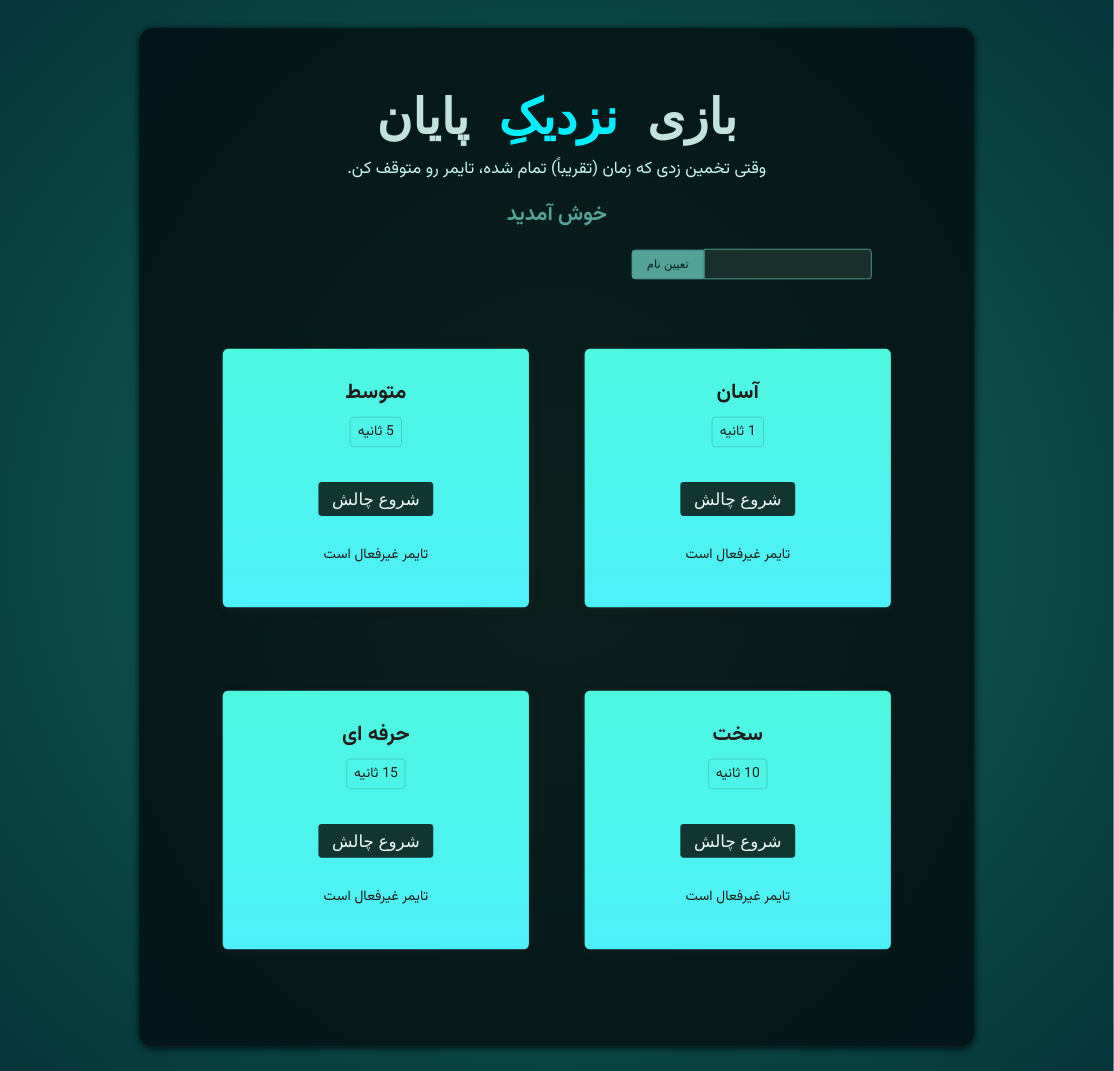
Repository: H-ala/react-near-end
Page: /
The author's editor kept a copy of each file at every save. The page is drawn from the files as they stood at one save, then again after the next save.
The browser window is 1280 px wide. The pictures show the whole page, at 87% of full size.
The project was rebuilt for these pictures with package versions that can differ from the ones it lists, and the page was loaded fresh each time. Also part of the build but not shown: vite.config.js.

Above is the page before, as saved 2025-10-21 19:37:20.

### index.html
<!DOCTYPE html>
<html lang="en">

<head>
  <meta charset="UTF-8" />
  <link rel="icon" type="image/svg+xml" href="/vite.svg" />
  <meta name="viewport" content="width=device-width, initial-scale=1.0" />
  <title>Refs & Portals</title>
</head>

<body>
  <div id="modal"></div>
  <div id="content">
    <header>
      <h1>بازی <em>نزدیکِ</em> پایان</h1>
      <p>وقتی تخمین زدی که زمان (تقریباً) تمام شده، تایمر رو متوقف کن.</p>
    </header>
    <div id="root"></div>
  </div>
  <script type="module" src="/src/main.jsx"></script>
</body>

</html>

### src/App.jsx
import Player from "./components/Player.jsx";
import TimerChallenge from "./components/TimerChallenge.jsx";

function App() {
  return (
    <>
      <Player />
      <div id="challenges">
        <TimerChallenge title="آسان" targetTime={1} />
        <TimerChallenge title="متوسط" targetTime={5} />
        <TimerChallenge title="سخت" targetTime={10} />
        <TimerChallenge title="حرفه ای" targetTime={15} />
      </div>
    </>
  );
}

export default App;

### src/index.css
@import url("https://fonts.googleapis.com/css2?family=Vazirmatn:wght@400;700&display=swap");

* {
  box-sizing: border-box;
}

body {
  margin: 0;
  font-family: "Vazirmatn", sans-serif;
  -webkit-font-smoothing: antialiased;
  -moz-osx-font-smoothing: grayscale;
  background: radial-gradient(#186a5e, #053339);
  color: #e1eeeb;
  direction: rtl;
  min-height: 100vh;
}

#content {
  max-width: 60rem;
  margin: 2rem auto;
  padding: 2rem;
  background: radial-gradient(#0b201d, #021619);
  border-radius: 16px;
  box-shadow: 0 2px 8px rgba(0, 0, 0, 0.8);
}

h1 {
  font-family: "Handjet", monospace;
  text-align: center;
  text-transform: uppercase;
  color: #c1e2dd;
  text-shadow: 0 0 4px rgba(35, 34, 34, 0.4);
  font-size: 3.5rem;
  margin-bottom: 0.5rem;
}

h1 em {
  font-style: normal;
  color: #00eeff;
}

header p {
  font-size: 1.2rem;
  margin: 0;
  text-align: center;
  color: #c6f4f2;
}

#player {
  text-align: center;
}

#player h2 {
  color: #54a399;
}

#player p {
  display: flex;
  justify-content: center;
  align-items: center;
  width: 50%;
}

#player input {
  font: inherit;
  border: 1px solid #54a399;
  background-color: #192f2b;
  border-radius: 4px;
  border-top-left-radius: 0;
  border-bottom-left-radius: 0;
  padding: 0.25rem;
  color: #d1f0ec;
}

#player button {
  cursor: pointer;
  background-color: #54a399;
  border: 1px solid #54a399;
  padding: 0.55rem 1rem;
  color: #061e1a;
  border-top-left-radius: 4px;
  border-bottom-left-radius: 4px;
}

#player button:hover {
  background-color: #3c8379;
  border-color: #3c8379;
}

#challenges {
  max-width: 50rem;
  margin: 3rem auto;
  display: flex;
  flex-wrap: wrap;
  gap: 2rem;
}

.challenge {
  width: 22rem;
  display: flex;
  flex-direction: column;
  align-items: center;
  justify-content: center;
  padding: 2rem;
  margin: 2rem auto;
  background: linear-gradient(#4df8df, #4df0f8);
  color: #221c18;
  box-shadow: 0 2px 8px rgba(35, 34, 34, 0.6);
  border-radius: 6px;
}

.challenge button {
  margin-top: 1rem;
  padding: 0.5rem 1rem;
  border: none;
  border-radius: 4px;
  background: #12352f;
  color: #edfcfa;
  font-size: 1.2rem;
  cursor: pointer;
}

.challenge button:hover {
  background: #051715;
}

.challenge h2 {
  font-size: 1.5rem;
  margin: 0;
  text-align: center;
  color: #221c18;
}

.challenge-time {
  border: 1px solid #46cebe;
  border-radius: 4px;
  padding: 0.25rem 0.5rem;
  margin: 0.5rem;
}

.challenge .active {
  animation: flash 1s infinite;
}

.result-modal {
  border: none;
  border-radius: 8px;
  padding: 2rem;
  background-color: #d7fcf8;
}

.result-modal[open] {
  animation: slide-in-from-top 0.35s ease-out;
}

.result-modal::backdrop {
  background: rgba(0, 0, 0, 0.9);
}

.result-modal h2 {
  font-family: "Handjet", monospace;
  margin: 0 0 0.25rem 0;
  font-size: 3rem;
  text-transform: uppercase;
}

.result-modal progress {
  width: 100%;
  height: 1.5rem;
  margin: 0;
  accent-color: #46cebe;
}

.result-modal p {
  margin: 0.5rem 0;
  font-size: 1.2rem;
}

.result-modal p strong {
  color: #10655b;
}

.result-modal form {
  text-align: right;
}

.result-modal button {
  margin-top: 1rem;
  padding: 0.5rem 1rem;
  border: none;
  border-radius: 4px;
  background: #12352f;
  color: #edfcfa;
  font-size: 1.2rem;
  cursor: pointer;
}

.result-modal button:hover {
  background: #051715;
}

@keyframes slide-in-from-top {
  0% {
    transform: translateY(-15%);
    opacity: 0;
  }
  100% {
    transform: translateY(0);
    opacity: 1;
  }
}

@keyframes flash {
  0% {
    opacity: 0.5;
  }
  50% {
    opacity: 1;
  }
  100% {
    opacity: 0.5;
  }
}

@media (max-width: 768px) {
  h1 {
    font-size: 2.5rem;
  }

  header p {
    font-size: 1rem;
  }

  #player input {
    width: 100%;
    margin-bottom: 0.5rem;
  }

  #player button {
    width: 100%;
    border-radius: 4px;
    border-top-left-radius: 4px;
    border-bottom-left-radius: 4px;
  }

  #challenges {
    gap: 1rem;
  }

  .challenge {
    padding: 1.5rem;
    flex: 1 1 100%;
  }

  .challenge h2 {
    font-size: 1.3rem;
  }

  .challenge button {
    font-size: 1rem;
  }

  .result-modal h2 {
    font-size: 2rem;
  }

  .result-modal p {
    font-size: 1rem;
  }
}

@media (max-width: 480px) {
  h1 {
    font-size: 2rem;
  }

  #content {
    padding: 1rem;
  }

  .challenge {
    padding: 1rem;
  }

  .challenge h2 {
    font-size: 1.1rem;
  }

  .challenge button {
    font-size: 0.9rem;
    padding: 0.4rem 0.8rem;
  }

  #player h2 {
    font-size: 1.2rem;
  }
}

### src/components/Player.jsx
import { useState, useRef } from "react";

export default function Player() {
  const playerName = useRef();
  const [enteredPlayerName, setEnteredPlayerName] = useState("");

  function handleClick() {
    setEnteredPlayerName(playerName.current.value);
    playerName.current.value = "";
  }

  return (
    <section id="player">
      <h2>خوش آمدید {enteredPlayerName ?? "unknown entity"}</h2>
      <p>
        <input
          ref={playerName}
          type="text"
        />
        <button onClick={handleClick}>تعیین نام</button>
      </p>
    </section>
  );
}

### src/components/TimerChallenge.jsx
import { useState, useRef } from "react";
import ResultModal from "./ResultModal";

export default function TimerChallenge({ title, targetTime }) {
  const timer = useRef();
  const dialog = useRef();

  const [timeRemaining, setTimeRemaining] = useState(targetTime * 1000);
  const timerIsActive = timeRemaining > 0 && timeRemaining < targetTime * 1000;

  if (timeRemaining <= 0) {
    clearInterval(timer.current);
    dialog.current.open();
  }

  function handleStart() {
    timer.current = setInterval(() => {
      setTimeRemaining((prevTimeRemaining) => prevTimeRemaining - 10);
    }, 10);
  }

  function handleReset() {
    setTimeRemaining(targetTime * 1000);
  }

  function handleStop() {
    clearInterval(timer.current);
    dialog.current.open();
  }

  return (
    <>
      <ResultModal
        ref={dialog}
        targetTime={targetTime}
        remainingTime={timeRemaining}
        onReset={handleReset}
      />
      <section className="challenge">
        <h2>{title}</h2>
        <p className="challenge-time">
          {targetTime} ثانیه
        </p>
        <p>
          <button onClick={timerIsActive ? handleStop : handleStart}>
            {timerIsActive ? "توقف" : "شروع"} چالش
          </button>
        </p>
        <p className={timerIsActive ? "active" : undefined}>
          {timerIsActive ? "زمان داره میگذره..." : "تایمر غیرفعال است"}
        </p>
      </section>
    </>
  );
}

### src/components/ResultModal.jsx
import { useImperativeHandle, useRef } from "react";
import { createPortal } from "react-dom";

export default function ResultModal({ ref, targetTime, remainingTime, onReset }) {
  const dialog = useRef();

  const userLost = remainingTime <= 0;
  const formattedRemainingTime = (remainingTime / 1000).toFixed(2);
  const score = Math.round((1 - (remainingTime / (targetTime * 1000))) * 100);

  useImperativeHandle(ref, () => {
    return {
      open() {
        dialog.current.showModal();
      },
    };
  });

  return createPortal(
    <dialog ref={dialog} className="result-modal" onClose={onReset}>
      {userLost && <h2>تو باختی!</h2>}
      {!userLost && <h2>امتیاز : {score}</h2>}
      <p>
        زمان تارگت <strong>{targetTime} ثانیه بود. </strong>
      </p>
      <p>
        زمان رو وقتی
        <strong> {formattedRemainingTime} ثانیه مونده بود متوقف کردی. </strong>
      </p>
      <form action="dialog" onSubmit={onReset}>
        <button>بستن</button>
      </form>
    </dialog>,
    document.getElementById("modal")
  );
}

Loaded but not shown: src/main.jsx (common file)

After the next save:
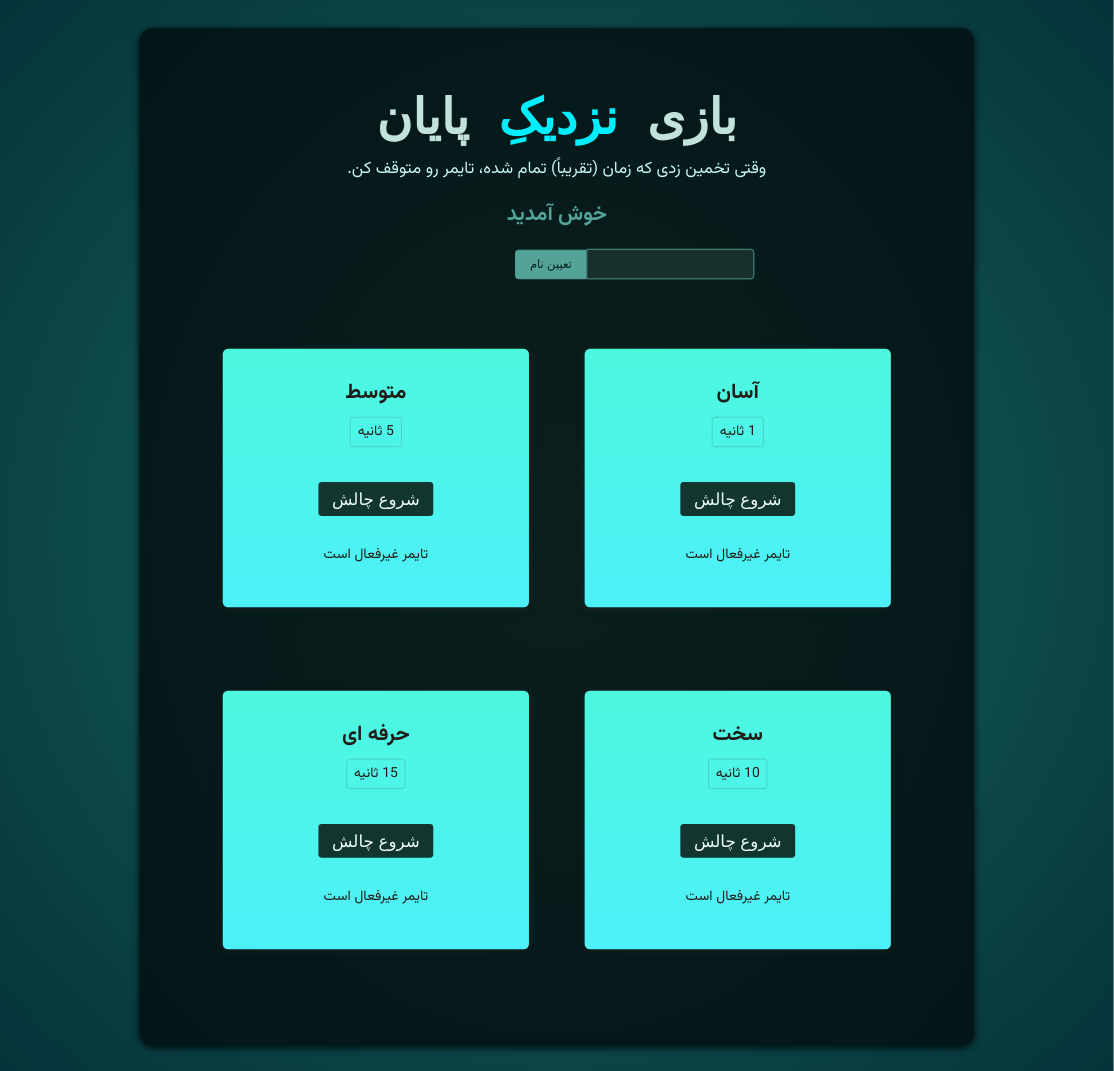
Saved 7 s later.
--- a/src/index.css
+++ b/src/index.css
@@ -58,7 +58,7 @@ header p {
   display: flex;
   justify-content: center;
   align-items: center;
-  width: 50%;
+  width: 80%;
 }
 
 #player input {
